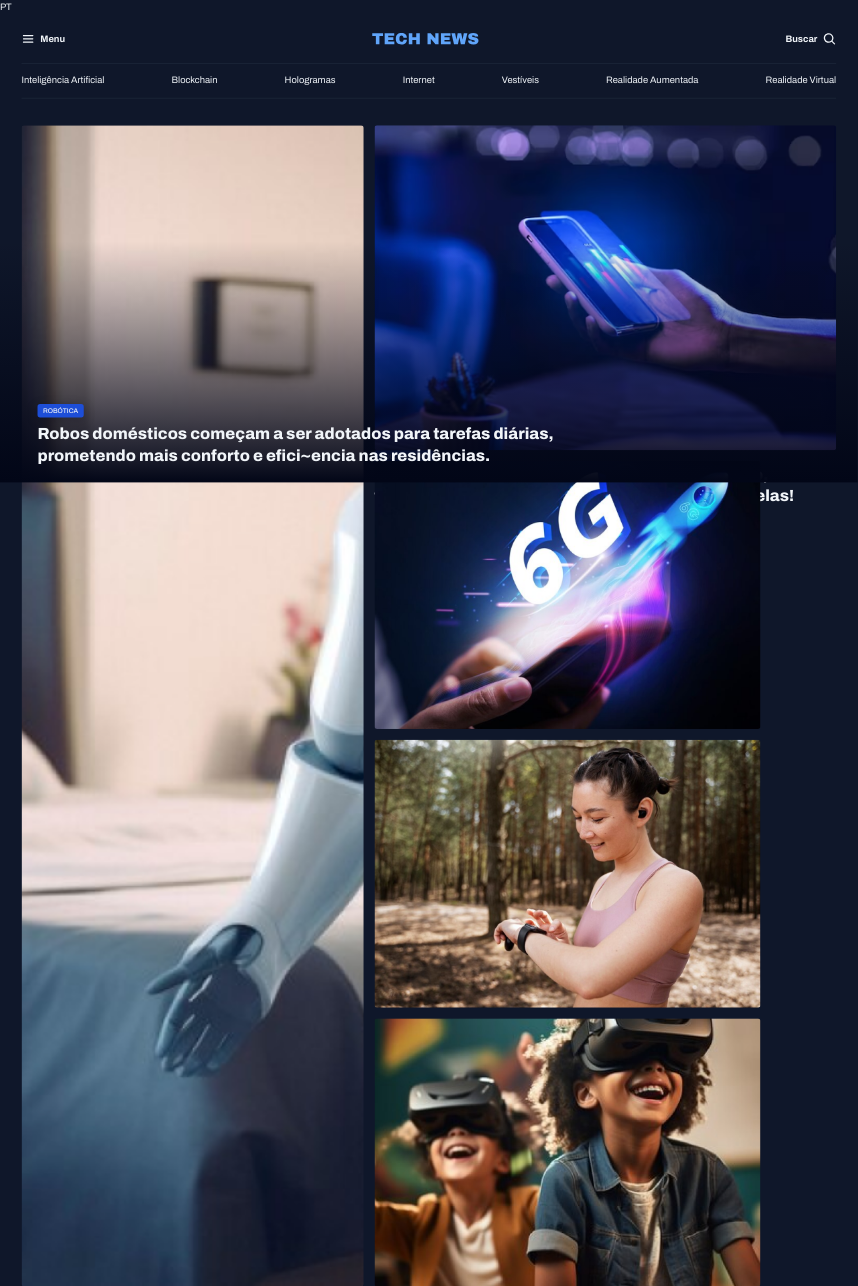
Repository: JeffRodFer/portalDeNoticias
Page: index.html
An editor plug-in stored every save of this project. The page is shown before and after the next save, followed by the edit.
The browser window is 1280 px wide. The pictures show the whole page, at 67% of full size.

Above is the page before, as saved 2025-04-15 21:55:02.

### index.html
PT<!DOCTYPE html>
<html lang="pt-BR">
  <head>
    <link rel="preconnect" href="https://fonts.googleapis.com">
  <link rel="preconnect" href="https://fonts.gstatic.com" crossorigin>
  <meta charset="UTF-8">
  <meta name="viewport" content="width=device-width, initial-scale=1.0">
  <title>Portal de Notícias</title>
  <link rel="stylesheet" href="styles/index.css">

  <link href="https://fonts.googleapis.com/css2?family=Archivo:ital,wght@0,100..900;1,100..900&family=Bree+Serif&family=Poppins:wght@400;700&display=swap" rel="stylesheet">

</head>
<body>
  <header class="container">
    <nav id="primary" class="grid grid-flow-col">
      <div>
        <img src="assets/icons/List.svg" alt="ícone de menu">
        <strong>Menu</strong>
      </div>
        <div>
          <img src="assets/Logo (1).svg" alt="TechNews logo">
        </div>
        <div>
          <strong>Buscar</strong>
          <img src="assets/icons/MagnifyingGlass.svg" alt="ícone de lupa para pesquisa">
        </div>
    </nav>
    <nav id="secondary" class="grid grid-flow-col">
      <a href="#">Inteligência Artificial</a>
      <a href="#">Blockchain</a>
      <a href="#">Hologramas</a>
      <a href="#">Internet</a>
      <a href="#">Vestíveis</a>
      <a href="#">Realidade Aumentada</a>
      <a href="#">Realidade Virtual</a>
    </nav>
  </header>
  <main class="grid container">
    <section id="featured" class="grid grid-flow-col gap-16">
      <figure class="card">
        <img src="assets/images/Image 01.png" alt="">

        <figcaption>
          <span class="content-tag">robótica</span>
          <h2 class="text-2xl">
            Robos domésticos começam a ser adotados para tarefas diárias, <br> prometendo mais conforto e efici~encia nas residências.
          </h2>
        </figcaption>
      </figure>
      <div class="grid grid cols-2 gap-16">
        <figure>
          <img src="assets/images/Image 02.png" alt="Novo Smartphone Projetor 3D chega ao mercado, transformando a forma como vemos as nossas telas!">

          <figcaption>
            <span class="content-tag">Hologramas</span>
            <h2 class="text-2xl">
              Novo Smartphone Projetor 3D chega ao mercado, transformando a forma como vemos as nossas telas!
            </h2>
          </figcaption>
        </figure>
        <figure>
          <img src="assets/images/Image 03.png" alt="">


      </figure>
        <figure>
          <img src="assets/images/Image 04.png" alt="">
        </figure>
        <figure>
          <img src="assets/images/Image 05.png" alt="">
        </figure>
      </div>
    </section>
  </main>
</body>
</html>

### styles/global.css
* {
  margin: 0;
  padding: 0;
  box-sizing: border-box;
}

:root {
  --brand-color-light: #60a5fa ;
  --brand-color-dark: #1d4ed8;
  --bg-color: #0f172a;
  --stroke-color: #1e293b;
  --text-color-primary: #f1f5f9;
  --text-color-secondary: #cbd5e1;

  --font-family: 'Archivo', sans-serif;
  --h1: 800 24px/135% var(--font-family);
  --h2: 800 16px/140% var(--font-family);
  --h3: 800 14px/140% var(--font-family);
  --text-span: 400 16px/140% var(--font-family);
  --text: 400 14px/160% var(--font-family);

}

body {
  font: var(--text);
  color: var(--text-color-primary);
  background-color: var(--bg-color);
}

a {
  text-decoration: none;
  color: inherit;
}

a:hover {
  color: var(--brand-color-light);
}

h1,h2,h3 {
  font:inherit;
}

img {
  max-width: 100%;
}

.container {
  max-width: 1280px;
  padding-inline: 32px;
  margin-inline: auto;
}
main {
  margin-top: 40px ;
}
.content-tag {
  display: inline-block;
  background-color: var(--brand-color-dark);
  padding: 4px 8px;
  border-radius: 4px;
  font: 500 10px/1.2 var(--font-family);
  text-transform: uppercase;
  color: var(--text-color-primary);
  box-shadow: 0px 4px 16px rgba(2, 3, 23, 0.251);
}

### styles/utility.css
/* utility-first */
.grid {
  display: grid;
}
.grid-flow-col {
  grid-auto-flow: column;
}

.grid-cols-2 {
  grid-template-columns: 1fr 1fr;
}

.gap-16 {
  gap: 16px;
}

.text-2xl {
  font: var(--h1);
}
.text-2x {
  font: var(--h2);
}
.text-lg {
  font: var(--h3);
}
.text-sm {
  font: var(--text-sm);
}

### styles/header.css
#primary {
  padding-block: 20px;

  div {
    display: flex;
    align-items: center;
    gap: 8px;
  }

  /* nesting css */
  div:nth-child(2) {
    margin-inline: auto;
}
div:nth-child(3) {
  justify-self: end;
}
}
#secondary {
  padding-block: 14px;
  border: solid 1px var(--stroke-color);
  border-inline: none;
  justify-content: space-between;
}

### styles/sections.css
#featured {
  img {
    height: 100%;
    object-fit: cover;
    border-radius: 4px;
  }
.card {
  border-radius: 4px;
  overflow: hidden;
  object-fit: relative;

  &::before {
   content: "";
   position: absolute;
   inset: 0;
   top: 50%;
   background: linear-gradient(
    180deg,
    transparent 0%,
    #020617 100%
   );
  }
  figcaption {
    position: absolute;
    bottom: 0;

    padding: 24px;

    h2 {
      margin-top: 8px;
    }
  }
}
}

Loaded but not shown: styles/index.css (common file)

After the next save:
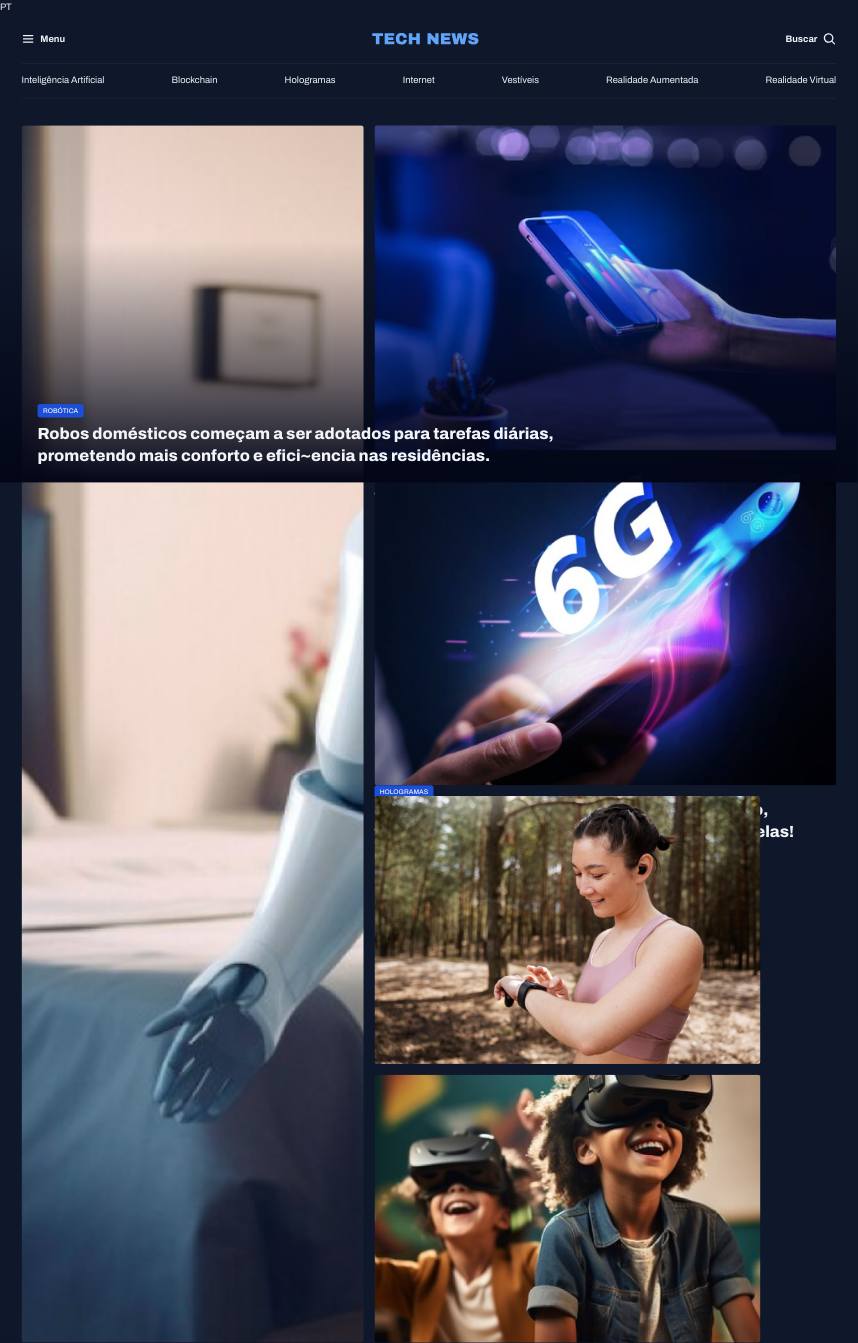
Saved 12 s later.
--- a/index.html
+++ b/index.html
@@ -62,7 +62,12 @@ PT<!DOCTYPE html>
         <figure>
           <img src="assets/images/Image 03.png" alt="">
 
-
+          <figcaption>
+            <span class="content-tag">Hologramas</span>
+            <h2 class="text-2xl">
+              Novo Smartphone Projetor 3D chega ao mercado, transformando a forma como vemos as nossas telas!
+            </h2>
+          </figcaption>
       </figure>
         <figure>
           <img src="assets/images/Image 04.png" alt="">
